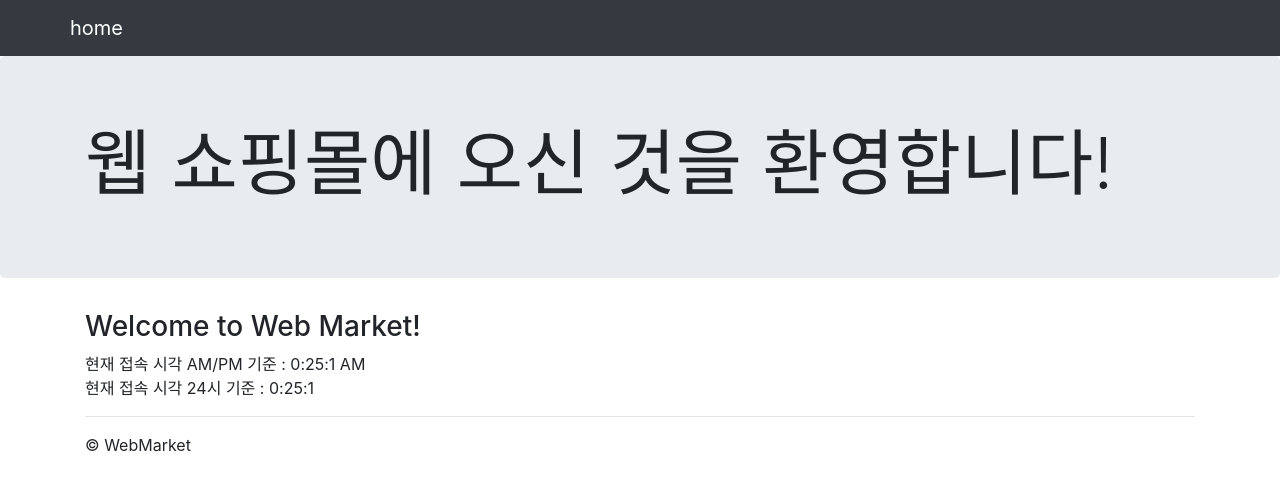
Repository: realseungju/JSP
Page: http://localhost/WebMarket/web_front_page.jsp
An editor plug-in stored every save of this project. The page is shown before and after the next save, followed by the edit.
The browser window is 1280 px wide. The pictures show the whole page.
The page is served by Tomcat 9.

Above is the page before, as saved 2021-11-22 02:53:18.

After the next save:
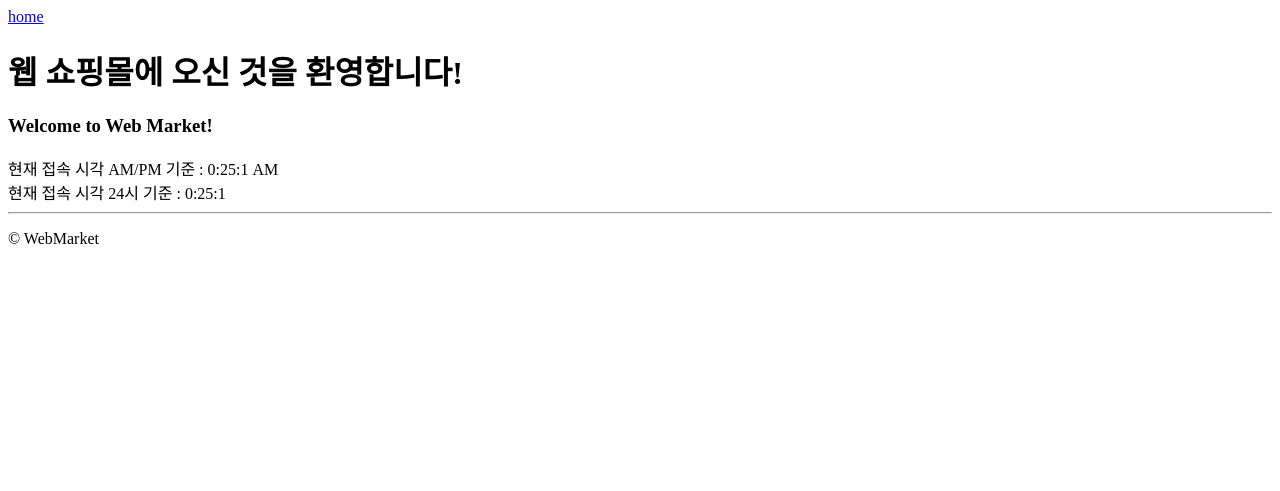
Saved 23 min 23 s later.
--- a/JSP_Work/WebMarket/WebContent/web_front_page.jsp
+++ b/JSP_Work/WebMarket/WebContent/web_front_page.jsp
@@ -2,7 +2,6 @@
 <%@ page import = "java.util.Date"%>
 <html>
 <head>
-<link rel="stylesheet" href="https://maxcdn.bootstrapcdn.com/bootstrap/4.0.0/css/bootstrap.min.css">
 <title>Welcome</title>
 </head>
 <body>

After the save that followed:
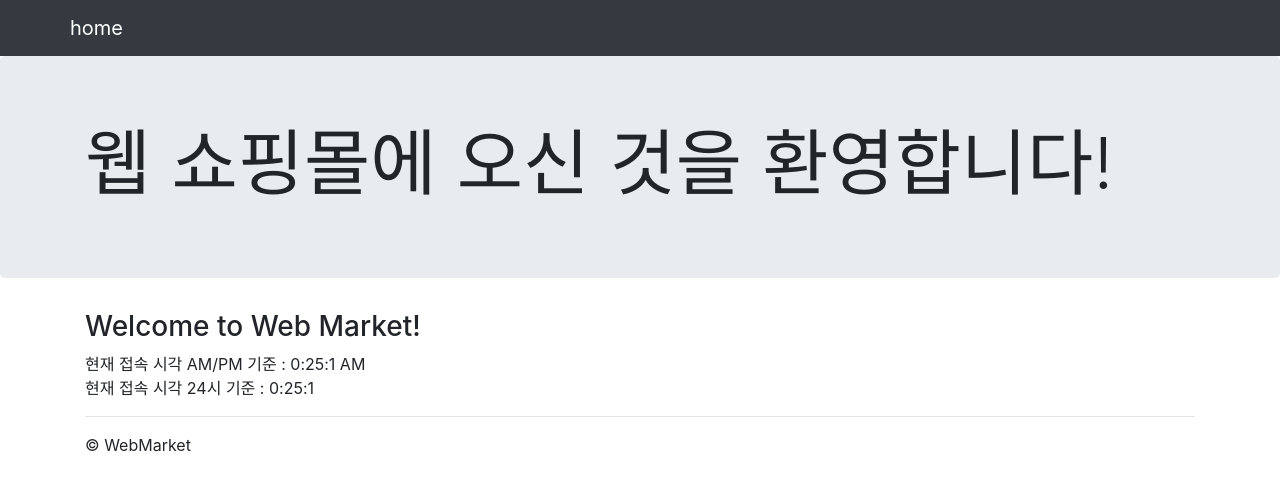
Saved 11 s later.
--- a/JSP_Work/WebMarket/WebContent/web_front_page.jsp
+++ b/JSP_Work/WebMarket/WebContent/web_front_page.jsp
@@ -2,6 +2,7 @@
 <%@ page import = "java.util.Date"%>
 <html>
 <head>
+<link rel="stylesheet" href="https://maxcdn.bootstrapcdn.com/bootstrap/4.0.0/css/bootstrap.min.css">
 <title>Welcome</title>
 </head>
 <body>
